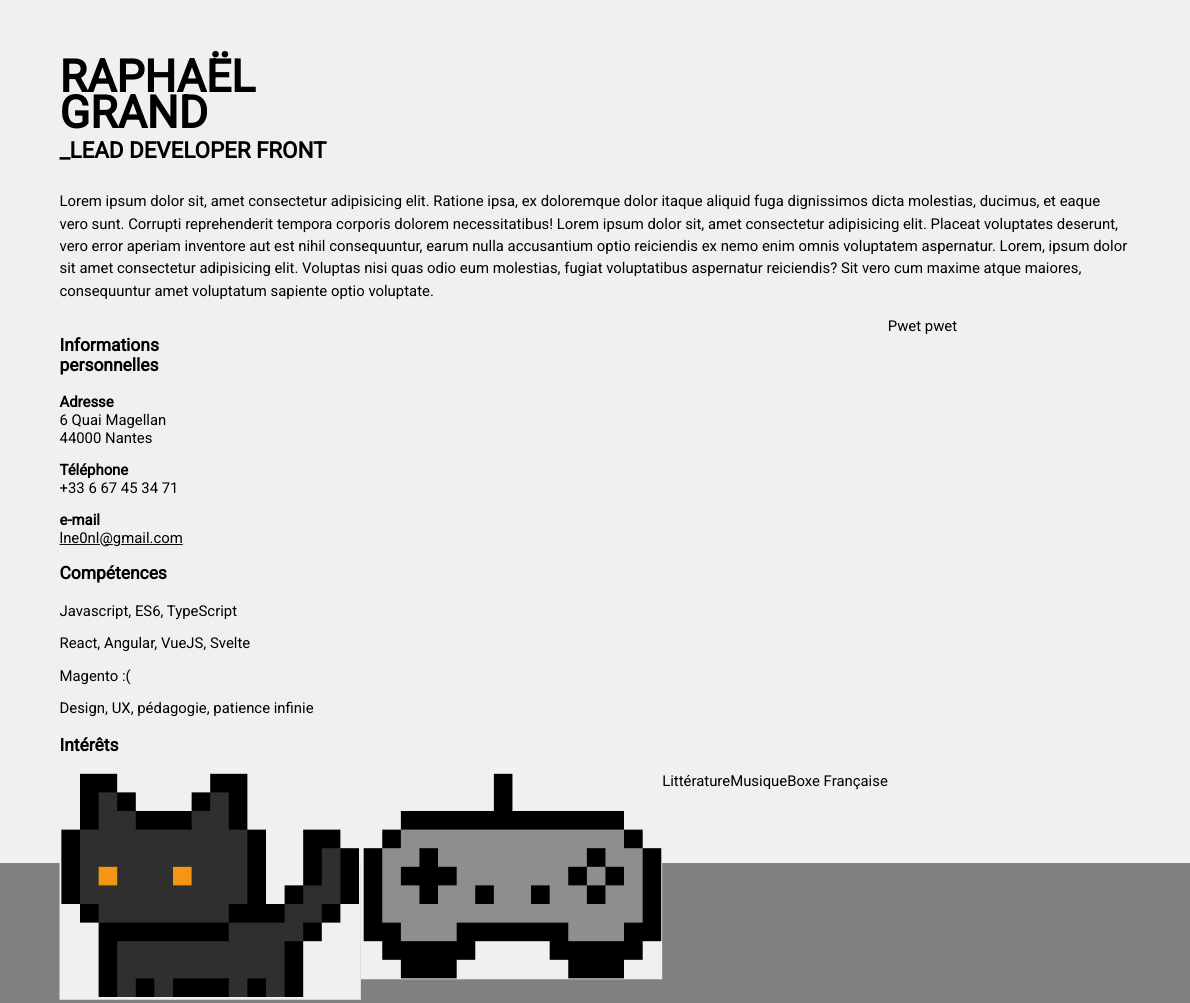
Repository: lne0nl/resume
Page: index.html
The author's editor kept a copy of each file at every save. The page is drawn from the files as they stood at one save, then again after a run of saves.
The browser window is 1280 px wide. The pictures show the whole page, at 93% of full size.

Above is the page before, as saved 2021-12-10 10:42:17.

### index.html
<!DOCTYPE html>
<html lang="fr">
  <head>
    <meta charset="UTF-8" />
    <meta http-equiv="X-UA-Compatible" content="IE=edge" />
    <meta name="viewport" content="width=device-width, initial-scale=1.0" />
    <link rel="preconnect" href="https://fonts.googleapis.com" />
    <link rel="preconnect" href="https://fonts.gstatic.com" crossorigin />
    <link
      href="https://fonts.googleapis.com/css2?family=Roboto&display=swap"
      rel="stylesheet"
    />
    <link rel="stylesheet" type="text/css" href="style.css" />
    <title>CV Raphaël GRAND</title>
  </head>
  <body>
    <header>
      <h1>Raphaël<br />GRAND</h1>
      <h2>_Lead developer front</h2>
      <p class="bio">
        Lorem ipsum dolor sit, amet consectetur adipisicing elit. Ratione ipsa,
        ex doloremque dolor itaque aliquid fuga dignissimos dicta molestias,
        ducimus, et eaque vero sunt. Corrupti reprehenderit tempora corporis
        dolorem necessitatibus! Lorem ipsum dolor sit, amet consectetur
        adipisicing elit. Placeat voluptates deserunt, vero error aperiam
        inventore aut est nihil consequuntur, earum nulla accusantium optio
        reiciendis ex nemo enim omnis voluptatem aspernatur. Lorem, ipsum dolor
        sit amet consectetur adipisicing elit. Voluptas nisi quas odio eum
        molestias, fugiat voluptatibus aspernatur reiciendis? Sit vero cum
        maxime atque maiores, consequuntur amet voluptatum sapiente optio
        voluptate.
      </p>
    </header>
    <div class="core">
      <section class="infos">
        <article>
          <h3>Informations<br />personnelles</h3>
          <ul>
            <li title="address">
              <b>Adresse</b><br />
              6 Quai Magellan<br />44000 Nantes
            </li>
            <li title="phone">
              <b>Téléphone</b><br />
              +33 6 67 45 34 71
            </li>
            <li title="mail">
              <b>e-mail</b><br />
              <a href="mailto:lne0nl@gmail.com">lne0nl@gmail.com</a>
            </li>
          </ul>
        </article>
        <article>
          <h3>Compétences</h3>
          <ul>
            <li>Javascript, ES6, TypeScript</li>
            <li>React, Angular, VueJS, Svelte</li>
            <li>Magento :(</li>
            <li>Design, UX, pédagogie, patience infinie</li>
          </ul>
        </article>
        <article>
          <h3>Intérêts</h3>
          <ul class="interests">
            <li title="Animaux"><img src="images/cat.png" alt="animals"></li>
            <li title="Jeux vidéo"><img src="images/pad.png" alt="video games"></li>
            <li title="Littérature">Littérature</li>
            <li title="Musique">Musique</li>
            <li title="Boxe Française">Boxe Française</li>
          </ul>
        </article>
      </section>
      <section class="resume">Pwet pwet</section>
    </div>
  </body>
</html>

### style.css
html {
  background-color: grey;
}

body {
  margin: 0 auto;
  padding: 2rem 4rem;
  max-width: 1280px;
  background-color: #f1efef;
  font-family: 'Roboto', sans-serif;
}

header {
  position: relative;
}

h1 {
  font-size: 3rem;
  line-height: 0.8;
  text-transform: uppercase;
}

h2 {
  text-align: right;
  position: absolute;
  top: 4rem;
  text-transform: uppercase;
}

a {
  text-decoration: underline;
  color: inherit;
}

a:visited {
  color: inherit;
}

.bio {
  padding-top: 2rem;
  line-height: 1.5;
}

ul {
  list-style: none;
  margin: 0;
  padding: 0;
}

li {
  margin-bottom: 1rem;
}

.core {
  display: flex;
}

.resume {
  flex: 1;
  /* background-color: yellow; */
}

.interests {
  display: flex;
  justify-content: center;
}

.interests li {
  height: 50px;
}

After the next 3 saves:
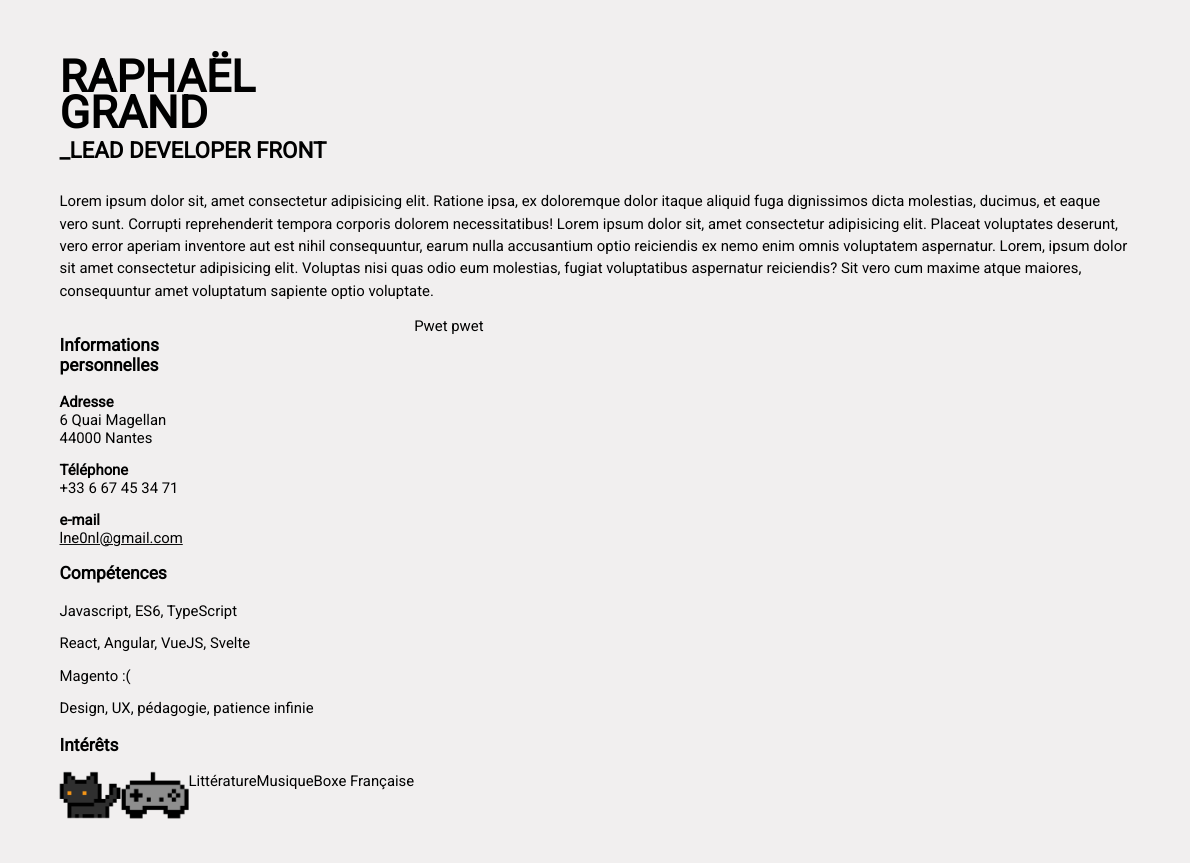
The 3 saves are shown as one change because they came seconds apart.
The last was saved 15 s later.
--- a/style.css
+++ b/style.css
@@ -68,3 +68,7 @@ li {
 .interests li {
   height: 50px;
 }
+
+.interests li img {
+  height: 100%;;
+}
